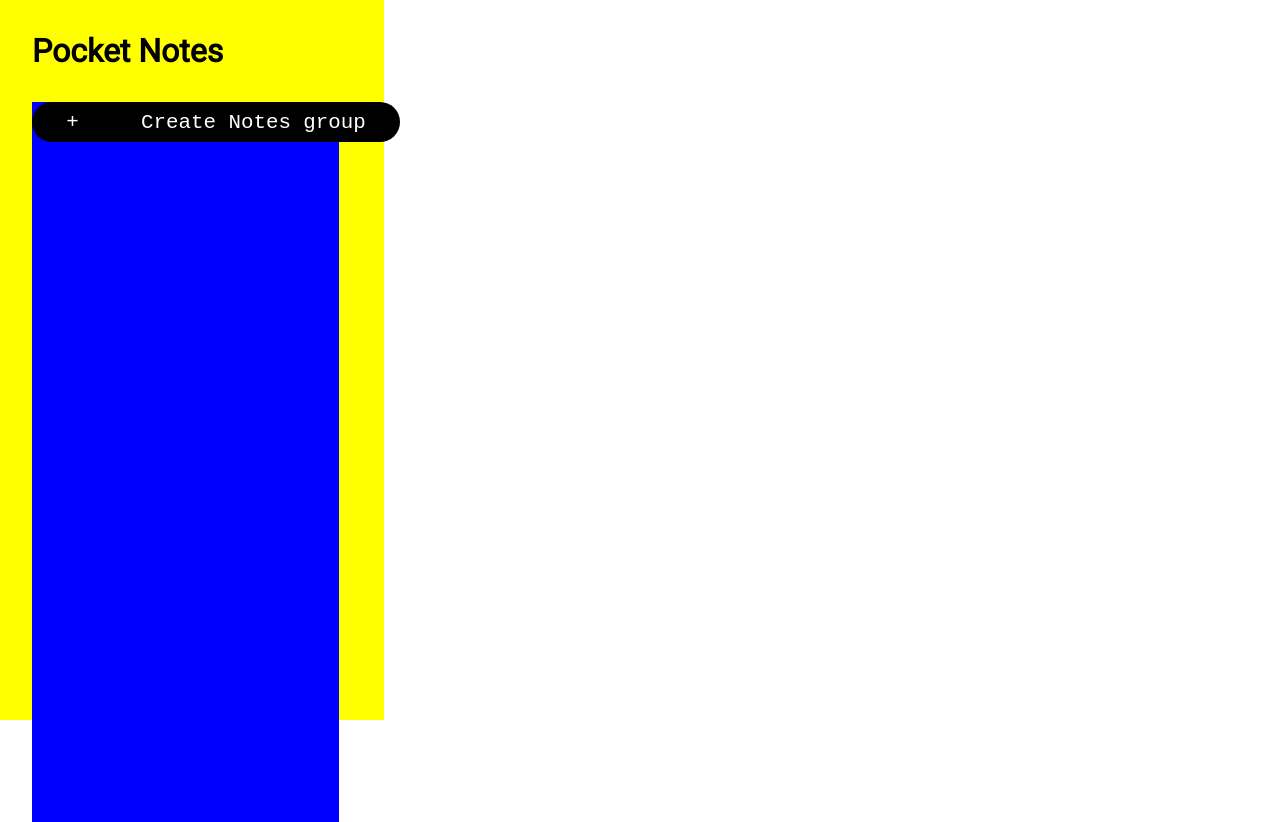
Repository: drumsmanku/react-module-test
Page: /
The author's editor kept a copy of each file at every save. The page is drawn from the files as they stood at one save, then again after the next save.
The browser window is 1280 px wide. The pictures show the whole page.
The project was rebuilt for these pictures with package versions that can differ from the ones it lists, and the page was loaded fresh each time.

Above is the page before, as saved 2023-06-07 20:51:04.

### src/App.js
import './App.css';
import MainPage from './Components/MainPage';

function App() {
  return (
    <div className="App">
      <MainPage/>
    </div>
  );
}

export default App;

### src/Components/MainPage.js
import React from 'react';
import './MainPage.css';
import PopUp from './PopUp';
import { useEffect, useState } from 'react';

function MainPage() {
  const myGroups=JSON.parse(localStorage.getItem('group'));
  useEffect(()=>{
    console.log(myGroups)
  }, [])
  return (
    <div className='main-container'>
      <div className="first-compartment">
          <h1>Pocket Notes</h1>
          <div className='group-buttons'>
            <PopUp/>


          </div>
      </div>
      <div className="second-comartment">

      </div>
    </div>
  )
}

export default MainPage

### src/Components/MainPage.css
@import url('https://fonts.googleapis.com/css2?family=Roboto&display=swap');
body{
  font-family: 'Roboto';
}

.main-compartment{
  height: 100vh;
  width: 100vw;
}

.first-compartment{
  width: 30%;
  height: 100vh;
  background-color: yellow;
}

.first-compartment h1{
  margin: 0;
  text-align: left;
  padding: 2rem;
}
.group-buttons{
  height: inherit;
  width: 80%;
  background-color: blue;
  display: flex;
  flex-direction: column;
  align-items: flex-start;
  margin-left: 2rem;
}

### src/Components/PopUp.js
import React from "react";
import './PopUp.css'
import Popup from "reactjs-popup";
import "reactjs-popup/dist/index.css";
import { useState,useEffect } from "react";

function PopUp() {
  const [input, setInput]=useState("");
  const [group, setGroup] = useState([])
  const handleInputChange=(event)=>{
    setInput(event.target.value);
  }
  const handleButtonClick=()=>{
    setGroup([...group, input]);
    setInput('');
  }
  useEffect(() => {
    localStorage.setItem('group', JSON.stringify(group));
    const storedValue = localStorage.getItem('group');
    console.log(storedValue);
  }, [group]);

  return (
    <div>
      <Popup trigger={<button className="btn-1"><pre style={{margin:0}}>+     Create Notes group</pre> </button>} modal nested>
        {(close) => (
          <div className="modal">
            <div className="content">Welcome to GFG!!!</div>
            <div>
              <button onClick={() => close()}>Close modal</button>
              <input type="text" onChange={handleInputChange} value={input} />
              <button onClick={handleButtonClick}>add</button>
            </div>
          </div>
        )}
      </Popup>
    </div>
  );
}

export default PopUp;

### src/Components/PopUp.css
@import url('https://fonts.googleapis.com/css2?family=Roboto&display=swap');

body{
  font-family: 'Roboto';
}

.btn-1{
  width: 23rem;
  height: 2.5rem;
  background-color: black;
  border: none;
  border-radius: 3rem;
  color: white;
  font-weight: 2rem;
  font-size: 1.3rem;
}

Loaded but not shown: public/index.html (common file); src/index.js (common file); src/index.css (common file); src/App.css (common file)

After the next save:
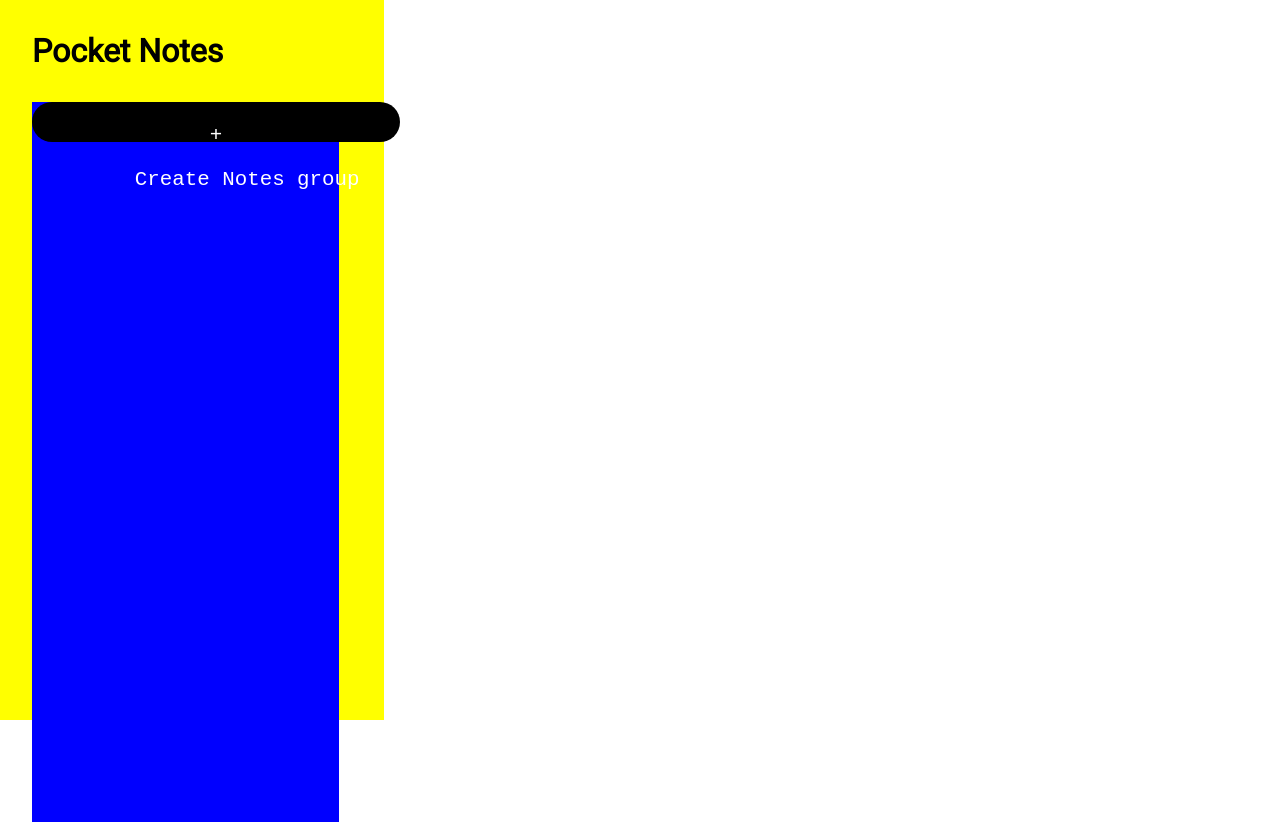
Saved 29 s later.
--- a/src/Components/PopUp.js
+++ b/src/Components/PopUp.js
@@ -22,7 +22,7 @@ function PopUp() {
 
   return (
     <div>
-      <Popup trigger={<button className="btn-1"><pre style={{margin:0}}>+     Create Notes group</pre> </button>} modal nested>
+      <Popup trigger={<button className="btn-1"><pre style={{margin:0}}><p>+</p>     Create Notes group</pre> </button>} modal nested>
         {(close) => (
           <div className="modal">
             <div className="content">Welcome to GFG!!!</div>
